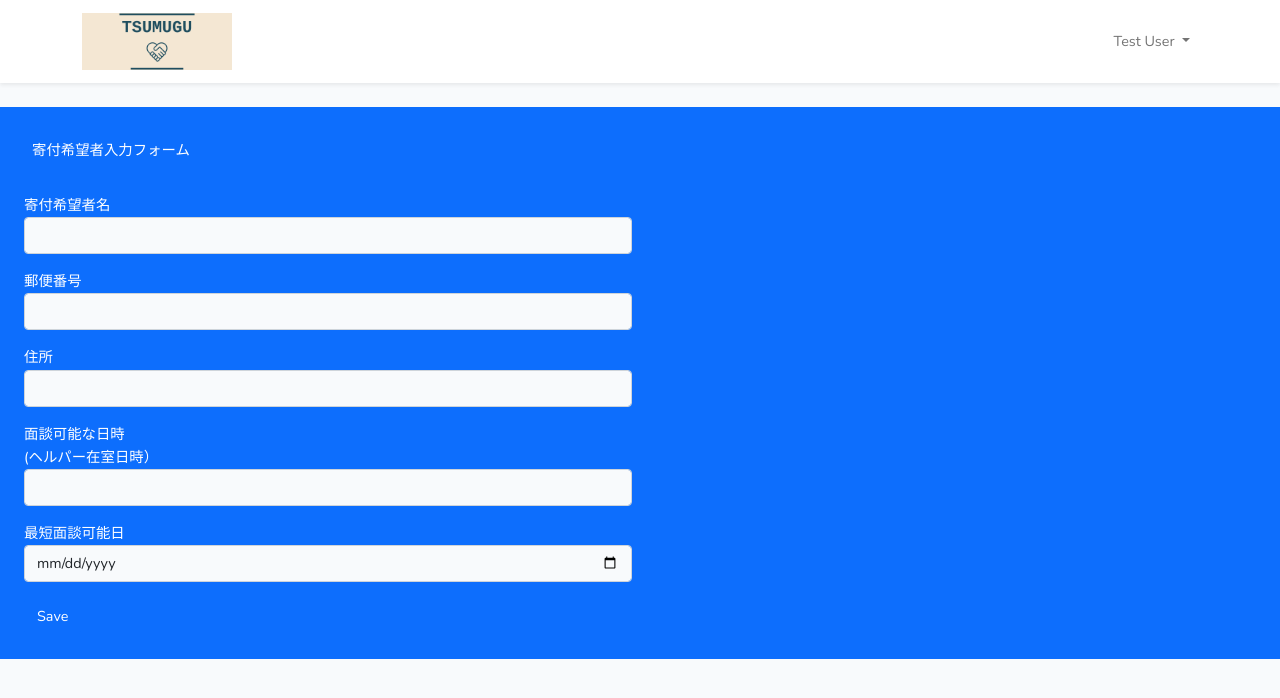
Repository: zukka1804/2-20220424
Page: http://localhost/
The author's editor kept a record of every edit. The page is drawn from the files as they stood at one moment, then again after the next edit.
The browser window is 1280 px wide. The pictures show the whole page.
The page is served by the project's Laravel application, run on PHP 8.4 with Laravel 9. A made-up administrator, Test User (test@example.com), is signed in. Queries for data that is not in the repository find no rows.

Above is the page before.

After the next edit:
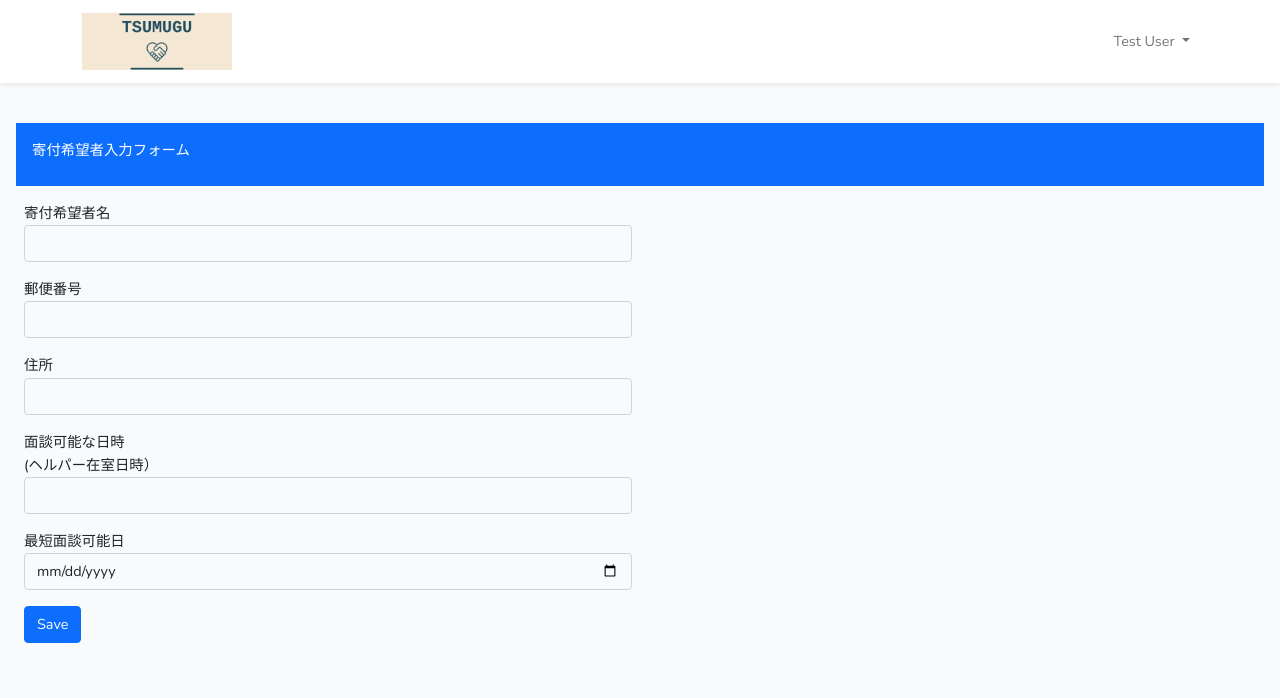
The edit:
--- a/cms/resources/views/books.blade.php
+++ b/cms/resources/views/books.blade.php
@@ -1,8 +1,9 @@
 @extends('layouts.app')
 @section('content')
     <!-- Bootstrapの定形コード… -->
-    <div class="p-3 mb-2 bg-primary text-white">
+
     <div class="card-body">
+         <div class="p-3 mb-2 bg-primary text-white">
         <div class="card-title">
             寄付希望者入力フォーム
         </div>
